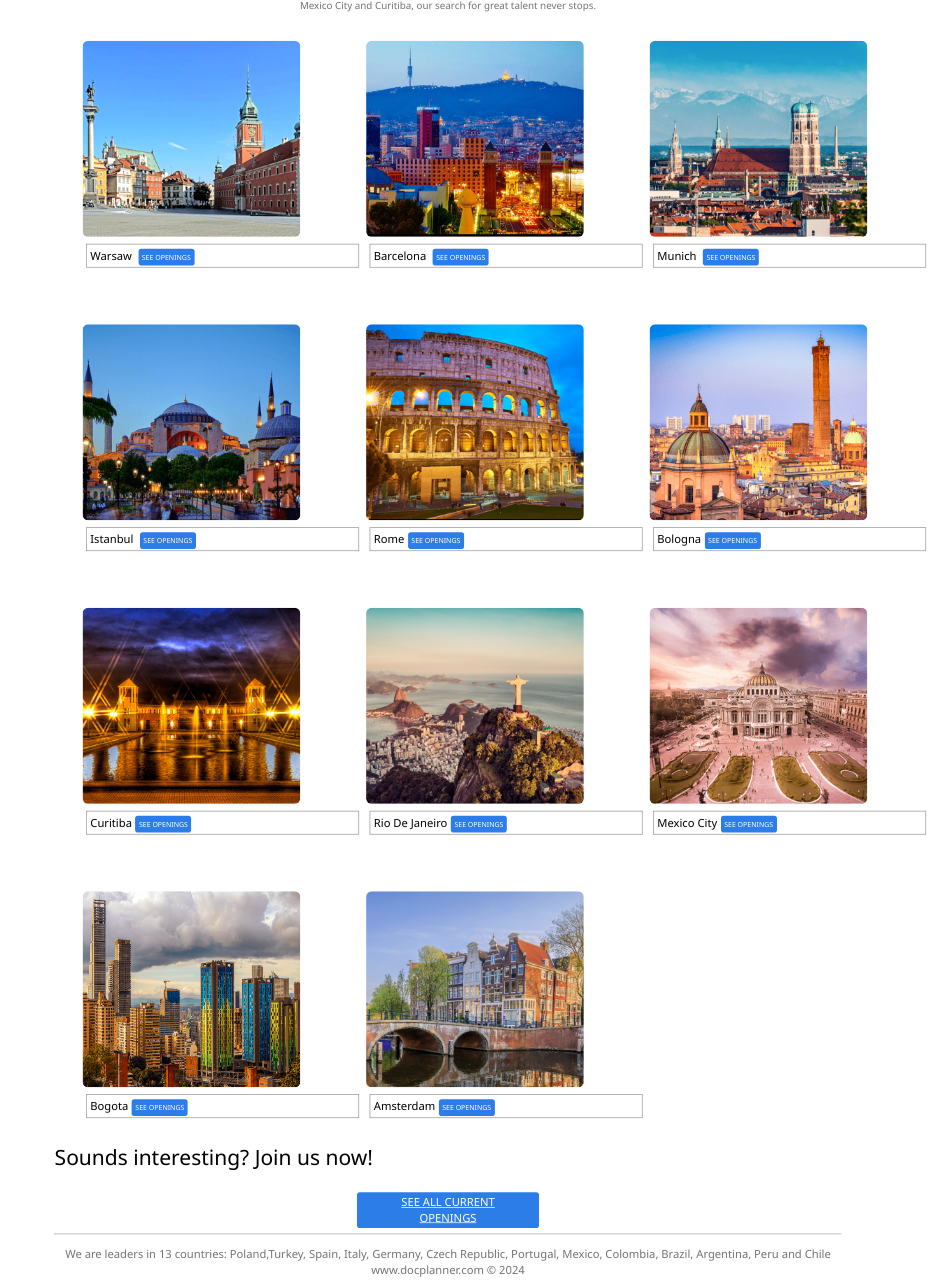
Repository: awa-creator/Checkpoint4
Page: doc.html
An editor plug-in stored every save of this project. The page is shown before and after the next save, followed by the edit.
The browser window is 1280 px wide. The page is 1328 px wide, so the pictures cover 1328 px, including what lies to the right of the window. The pictures show the part of the page from y = 1756 to 3596 px (the page is 3596 px tall before and 3586 px after), at 70% of full size.

Above is the page before, as saved 2024-09-24 23:39:14.

### doc.html
<!DOCTYPE html>
<html lang="en">
<head>
    <meta charset="UTF-8">
    <meta name="viewport" content="width=device-width, initial-scale=1.0">
    <title>Document</title>
    <link rel="stylesheet" href="style1.css">

</head>

<body>
        <header class="Doc_header" >
           <img class="doc_logo" src="image/imagdocplanner/logo-default-group-en.svg" alt="logo" width="238px" height="33px">
            <ul class="nav_menu">
            <li><h4 class="H">A About us</h4></li>
        <li><h4 class="H"> Career</h4></li>
        <li><h4 class="H">Departments</h4></li>
    </ul>
</header>
    <section class="Introduction">
        <div >
            <center><img class="idps" src="image/imagdocplanner/sygnet.png" alt=""></center>
        </div>
               <h1 class="tittle_intro" >Making the healthcare experience more human</h1>
        <div class="intro_text">
        <div class="div1"><p>We want patients to find the perfect doctor and book an appointment in the most easy way. The patient journey should be enjoyable, and that's why we are always next to them: to help them find the best possible care. Anytime, anywhere.</p>
        </div>
            <div class="div2"><p> We also help doctors to better manage their practice and build their  online reputation. With our integrated end-to-end solution, doctors  are able not only to improve their online presence, but also to  devote their time to what really matters: their patients.</p>
            </div>
            </div>
        </section>
        <section class="box">
            <div class="boxp">
                <img src="image/imagdocplanner/icon-patients.svg" alt="">
                <h2 class="text">For patients</h2> <p class="boxtext">Find a doctor, book a <br> visit and solve any <br> health-related doubt</p>
             <div class="">
   <select  class="choose_c" name="selectp" id="">
    <option value="">Choose a country</option>
    <option value="">Tunisia</option>
    <option value="">Morocco</option>
    <option value="">Senegal</option>
    <option value="">England</option>
    <option value="">Sweden</option>
    <option value="">France</option>
    <option value="">Saudi Arabia</option>
    <option value="">Japan</option>
   </select>
             </div>
            </div>
            <div class="boxd">
                <img src="image/imagdocplanner/icon-doctors.svg" alt=""> <h2 class="text">For doctors</h2> <p class="boxtext">Save time managing <br>visits and cut no- <br>shows by half</p>
            <div class="selectd">
                <select class="choose_c" name="" id="">
                    <option class="choose_c" value="">Choose a country</option>
                    <option value="">Argentina</option>
                    <option value="">Brazil</option>
                    <option value="">Chili</option>
                    <option value="">Colombia</option>
                    <option value="">Czech</option>
                    <option value="">Germany</option>
                    <option value="">Italy</option>
                    <option value="">Mexico</option>
                    <option value="">Peru</option>
                    <option value="">Poland</option>
                    <option value="">Spain</option>
                    <option value="">Turkey</option>
                   </select>
            </div>
            </div>
            <div class="boxc">
                <img src="image/imagdocplanner/icon-clinics.svg" alt=""> <h2 class="text">For clinics</h2> <p class="boxtext">Deliver an exceptional <br> patient experience in <br> your clinic</p>
            <select class="choose_c"name="" id="">
                <option value="">2 to 20 specialists</option>
                    <option value="">Brazil</option>
                    <option value="">Czech</option>
                    <option value="">Germany</option>
                    <option value="">Italy</option>
                    <option value="">Mexico</option>
                    <option value="">Poland</option>
                    <option value="">Spain</option>
                    <option value="">Turkey</option>
            </select> <br><br>
            <select  class="choose_c"name="" id="">
                <option  value="" >More than 20 specialists</option>
                <option value="">Brazil</option>
                <option value="">Italy</option>
                <option value="">Mexico</option>
                <option value="">Poland</option>
                <option value="">Spain</option>
            </select>
            </div>
        </section>
        <section  on class="brand_section">
            <p class="brand_intro"> We are a global <br> company <br> with local culture </p>
            <ul class="brand_logo">
            <a href=""><img class="im" src="image/imagdocplanner/sygnet.png" alt="">Znanylekarz</a>
            <a href=""><img class="im" src="image/imagdocplanner/sygnet.png" alt="">Doctoralia</a>
            <a href=""><img class="im" src="image/imagdocplanner/sygnet.png" alt="">Miodottore</a>
            <a href=""><img class="im" src="image/imagdocplanner/sygnet.png" alt="">Doktortakvimi</a>
            <a href=""><img class="im" src="image/imagdocplanner/sygnet.png" alt="">Znamylekar</a>
            <a class="bl" href="https://www.jameda.de/"><img class="jameda" src="image/imagdocplanner/logo-jameda.svg" alt=""></a>
            <a href="https://tuotempo.com/powered-by-tuotempo"><img class="tuotempo" src="image/imagdocplanner/logo-tuotempo.svg" alt="" width="140px" height="30px"></a>
            <a href="https://gipo.it/?redirect_origin=www.gipo.it"><img class="gipo" src="image/imagdocplanner/logo-gipo-primary.svg" alt=""></a>
            <a href="href=https://clinic-cloud.com/"><img class="clinic" src="image/imagdocplanner/logo-clinicloud.svg" alt="" > </a>
            <a  href="href=https://feegowclinic.com.br/"><img class="feegowclinic"  src="image/imagdocplanner/logo-feegow.svg" alt=""></a>
            <a  href="href=https://mydr.pl/welcome/"><img class="mydr" src="image/imagdocplanner/my-dr-edm-logo.svg" alt="" ></a>
        </ul>
    </section>
        <section class="platform">
            <div class="plat">
            <h1 class="iplat"> The world's biggest <br>healthcare platform</h1>
<p class="p_plat">We work from 9 offices all over the world, bringing Docplanner Group <br>to life in 13 countries. <br></p></div>
  <img class="logsynget" src="image/imagdocplanner/logo.png" alt="" >
<center><div class="grid">
                        <div class="column1a">
                   <img class="ilog" src="image/imagdocplanner/flag.png" alt="">  <h4 class="tittlegrid">Leader in 13 <br>countries </h4> <p class="textgrid">Poland, Brazil, Mexico, Spain, Italy, Germany, Turkey, Colombia, Czech Republic, Portugal, Argentina, Peru and Chile</p>
                        </div>
                        <div class="column1b">
                            <img class="ilog"  src="image/imagdocplanner/patients.png" alt=""><h4 class="tittlegrid">90,000,000 <br>patients</h4><p class="textgrid">visit our websites each month</p>
                                </div>
                        <div class="column2a">
                            <img class="ilog"  src="image/imagdocplanner/visits.png" alt=""> <h4 class="tittlegrid">22,000,000 <br>appointments</h4><p class="textgrid">booked last month</p>
                                </div>

                <div class="column2b">
                    <img class="ilog"  src="image/imagdocplanner/doctors.png" alt=""><h4 class="tittlegrid">260,000 <br>active doctors</h4> <p class="textgrid">trust our solutions</p>
                        </div>   </center>
                    </div>
                </section>
        <section class="contries">
            <center><h1 class="h1_contrie">Improve the lives of millions. <br>Change yours forever.</h1></center>
            <center><p class="p_contrie"> More than 2800 team mates share our same vision,<br> goals and passion.With offices in Warsaw, Barcelona, Munich, Istanbul, Rome, Rio, Bologna,<br> Mexico City and Curitiba, our search for great talent never stops. </p></center>
        </section>
       <section>
            <ul class="picture" >
     <li class="country1">
        <img class="coun" src="image/imagdocplanner/warsaw.png" alt=""><div class="count">Warsaw <a href="#">SEE OPENINGS</a></div></li>
<li class="country2">
<img class="coun"  src="image/imagdocplanner/barcelona.png" alt=""><div class="count">Barcelona <a href="#" target="_blank" rel="noopener noreferrer">SEE OPENINGS</a></div>
</li>
<li class="country3">
<img class="coun" src="image/imagdocplanner/munich.png" alt=""><div class="count">Munich <a href="#" target="_blank" rel="noopener noreferrer">SEE OPENINGS</a></div>
</li>
<li class="country3">
<img class="coun" src="image/imagdocplanner/istanbul.png" alt=""> <div class="count">Istanbul <a href="#" target="_blank" rel="noopener noreferrer">SEE OPENINGS</a></div>
</li>
<li class="country4">
<img class="coun" src="image/imagdocplanner/rome.png" alt=""><div class="count">Rome<a href="#" target="_blank" rel="noopener noreferrer">SEE OPENINGS</a></div>
</li>
<li class="country5">
<img class="coun" src="image/imagdocplanner/bologna.png" alt=""><div class="count">Bologna<a href="#" target="_blank" rel="noopener noreferrer">SEE OPENINGS</a></div>
</li>
<li class="country6">
    <img class="coun" src="image/imagdocplanner/curitiba.png" alt=""><div class="count">Curitiba<a href="#" target="_blank" rel="noopener noreferrer">SEE OPENINGS</a></div>
    </li>
    <li class="country7">
        <img class="coun" src="image/imagdocplanner/rio-janeiro.png" alt=""><div class="count">Rio De Janeiro<a href="#" target="_blank" rel="noopener noreferrer">SEE OPENINGS</a></div>
        </li>
        <li class="country8">
            <img class="coun" src="image/imagdocplanner/mexico-city.png" alt=""><div class="count">Mexico City<a href="#" target="_blank" rel="noopener noreferrer">SEE OPENINGS</a></div>
            </li>
            <li class="country9">
                <img class="coun" src="image/imagdocplanner/bogota.png" alt="" ><div class="count">Bogota<a href="#" target="_blank" rel="noopener noreferrer">SEE OPENINGS</a></div>
                </li>
                <li class="country10">
                    <img class="coun" src="image/imagdocplanner/amsterdam.png" alt=""><div class="count">Amsterdam<a href="#" target="_blank" rel="noopener noreferrer">SEE OPENINGS</a></div>
                    </li>
                </ul>
            </section>
<section>
    <p class="conclu"> Sounds interesting? Join us now!</p>
   <center><div class="finish">SEE ALL CURRENT OPENINGS</div></center>
</section>



</body>
<footer> <hr>
    <p class="end">We are leaders in 13 countries: Poland,Turkey, Spain, Italy, Germany, Czech Republic, Portugal, Mexico, Colombia, Brazil, Argentina, Peru and Chile
    <br>www.docplanner.com © 2024 </p>

</footer>
</html>

### style1.css
body{
    font-family: 'Segoe UI', Tahoma, Geneva, Verdana, sans-serif;
    padding-left: 70px;
    padding-right: 70px;

    }
.Doc_header{
    display: inline;
    padding: 10px;
    margin: 10px;
    display: flex;
    justify-content: space-between;
    align-content: space-between;
    position: sticky;
}
.doc_logo{
    display: flex;
    justify-content: center;
}
.nav_menu{
    display: flex;
    justify-content: space-between;
    margin:0px;
    padding: 0px;
    list-style-type: none;
    color: #747474;
}
.div1,.div2{
    float: left;
    padding: 10px;
}
.H{
    margin: 10px;
}
.idps{
    display: flex;
    align-self: center;
}

.log{
    text-align: center;
}

.tittle_intro{
text-align: center;
color:#00b39b;
font-size:2em;
font-family:Arial, Helvetica, sans-serif;
font-weight: normal;
}
.intro_text{
    display: flex;
    justify-content: space-around;
    color:#747474;
    font-family: system-ui, -apple-system, BlinkMacSystemFont, 'Segoe UI', Roboto, Oxygen, Ubuntu, Cantarell, 'Open Sans', 'Helvetica Neue', sans-serif;
    font-size: 16px;
    margin:20px;
}
.box{
    display: flex;
    margin: 30px;
    width: 80%;
    flex-direction: row;
    margin-left: 10%;

}

.boxp{
    background-color:#00ccb1;
   padding: 10px;
   border-radius: 10px;
   color: white;
   margin: 10px;
   height: 300px;
   flex-basis: 48%;
   width: 20%;
}
.boxd{
    background-color:#3d83df ;
   padding: 10px;
   border-radius: 10px;
   color: white;
   margin: 10px;
   height: 300px;
   flex-basis: 48%;
   width:20%;
}
.boxc {
    background-color:#1b2734;
    padding: 10px;
    border-radius: 10px;
    color: white;
    margin: 10px;
    height: 300px;
    flex-basis: 48%;
    width:20%;
}
.text{
    font-family: Arial, Helvetica, sans-serif;
    font-weight: normal;
    font-size: 28px;
}
.boxtext{
    font-weight: normal;
    font-size: 24px;
}
.selectp{
    background-color: none;
}
.choose_c{
    background-color: transparent;
    color: #FFF;
    border: transparent;
    text-decoration: underline;
    font-size: 15px;
}
.brand_intro{

    color: #00b39b;
    font-size: 24px;
margin-left: 200px;

}
.brand_section{
    display: flex;
    justify-content: space-between;
    padding: 20px;
    margin: -40px;
}
.brand_logo {
    display: grid;
    grid-template-columns: repeat(4,110px);
    grid-template-rows: repeat(3,70px);
    margin-right: 160px;
    font-weight: 600;
    filter:grayscale(100%);
}
a{
    text-decoration: none;
}
.im{
   display: grid;
    height: 25px;
    width:25px;
    filter:grayscale(100%);
   grid-template-columns: repeat(4, 1fr);
    grid-template-rows: repeat(3, 1fr);
    margin-left: -25px;
    margin-bottom: -25px;
}
.jameda{

    filter:grayscale(100%);
    margin-bottom: -5px;

}
.tuotempo{
    width: 100px;
    filter:grayscale(100%);
    margin-top: -5px;
}
.gipo{
    width: 40px;
    filter:grayscale(100%);
    margin-top: -10px;
    margin-left: 20px;
}
.clinic{
    width: 60px;
    filter:grayscale(100%);
    margin-top: -10px;
}
.feegowclinic{
    width: 90px;
    filter:grayscale(100%);
    margin-top: -10px;
}
.mydr{
    width: 100px;
    filter:grayscale(100%);
    margin-top: -10px;
}


.platform{
    background-color: #e5faf8;
    max-height: 600px;
    overflow: hidden;
}
.plat{
    color:#34b99d;

}
.logosy{
    padding-left: 50px;
    padding-top: 50px;
}
.logsynget{
    padding-left: 50px;
    padding-top: 50px;
    overflow: hidden;
}
.iplat{
    font-weight: normal;
    font-size: 34px;
    margin-left: 70px;
    margin-bottom: -40px;

}
.p_plat{
    color: #747474;
    margin-left: 70px;
    padding-bottom: 60px
}
.grid{
    display: grid;
    gap: 20px;
    grid-template-columns: repeat(2, 1fr);
    position: relative;
    border-radius: 10px;
    margin-left: 600px;
    margin-top:-600px;
    width: 40%;
    height: 80%;
    padding: 40px;
}
.tittlegrid{
    font-weight: normal;
    color: #00b39b;
}
.column1a{
    background-color:#FFF;
    border-radius: 5px;
    height: auto;
}
.column1b{
    background-color:#FFF;
    border-radius: 5px;
    height: auto;
    transform: translateY(-30px);
}
.ilog{
    margin-top: 30px;
}
.column2a{
    background-color:#FFF;
    border-radius: 5px;
  height: auto;

}
.column2b{
    background-color:#FFF;
    border-radius: 5px;
  height: auto;
  transform: translateY(-30px);
}

.textgrid{
    color: #747474;
    font-family: system-ui, -apple-system, BlinkMacSystemFont, 'Segoe UI', Roboto, Oxygen, Ubuntu, Cantarell, 'Open Sans', 'Helvetica Neue', sans-serif;
 font-size: 13px;
}
.h1_contrie{
    color: #00b39b;
    font-weight: normal;
    padding: 5px;
 font-size: 30px;
}
.p_contrie{
    color: #747474;
    margin: 22px;
    font-size: 14px;
    padding: 20px;
}
.contries{
    justify-content: center;
}
.picture{
    display: grid;
    grid-template-columns: repeat(3, 400px);
    grid-template-rows: repeat(3, 400px);
    list-style-type: none;
    grid-gap: 5px;
    margin: auto;
}
.coun{
    border-radius: 8px;
    width: 311px;
    height:280px;
}
.count a{
    width: 70px;
    height: 10px;
    left: 200px;
    top: -50px;
    background-color: #2c7de7;
    color: white;
    font-size: .625rem;
    padding: 1em 1.5em;
    border-radius: 4px;
    bottom: 10px;

}
.count{
    border: 1px solid rgb(151, 148, 148);
}
.count,.count a{
    margin: 5px;
    padding: 5px;

}
.conclu{
font-size: 30px ;
}
.finish{
   text-decoration: underline;
    width: 210px;
    height: 1px;
    background-color: #2c7de7;
    color: white;
    padding: 25px;
    border-radius: 4px;
    display: flex;
    align-items: center;
}
.end{
    color: #747474;
    text-align: center;
}

After the next save:
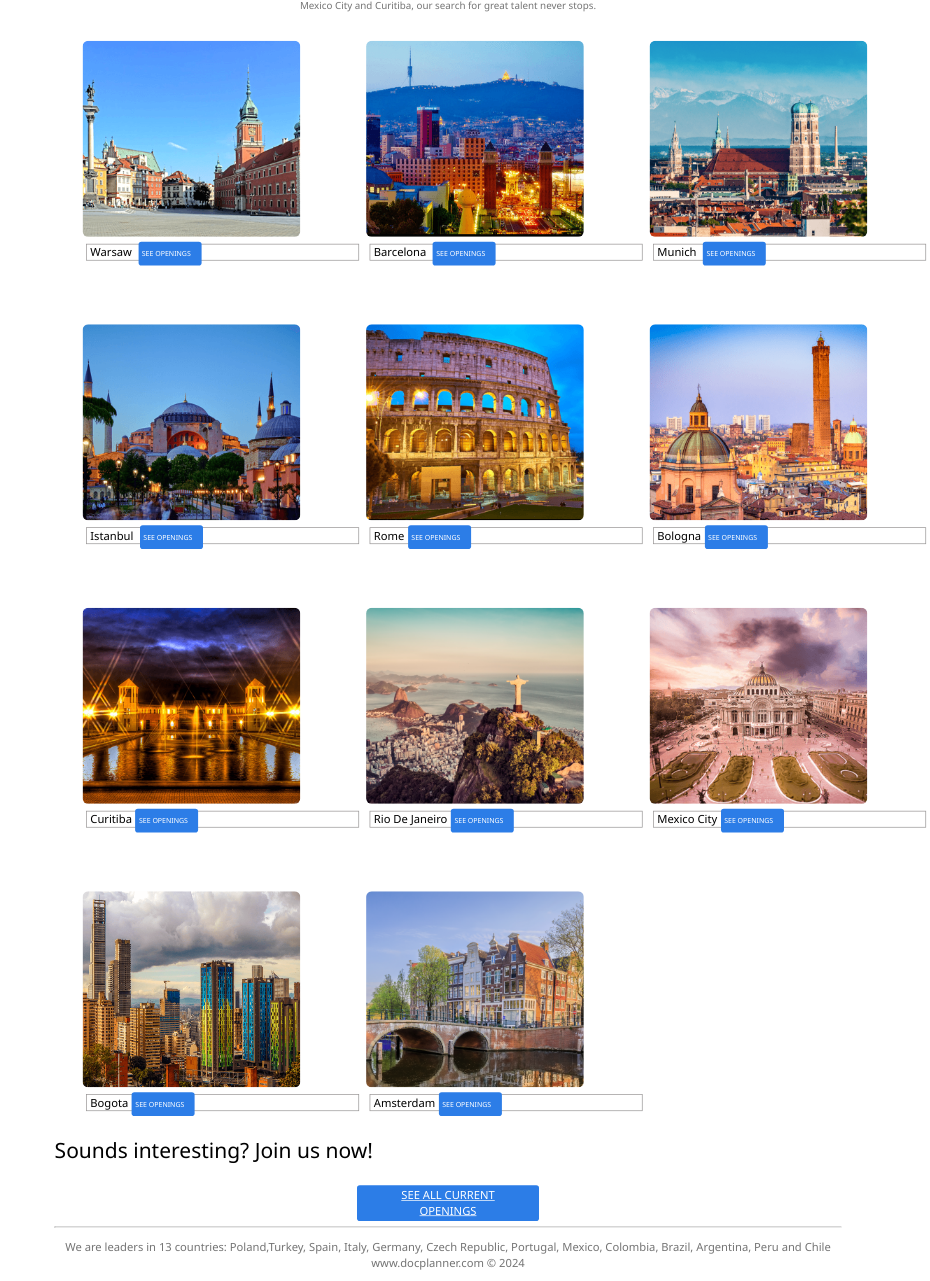
Saved 67 s later.
--- a/style1.css
+++ b/style1.css
@@ -306,7 +306,7 @@
 }
 .count,.count a{
     margin: 5px;
-    padding: 5px;
+    padding-left: 5px;
 
 }
 .conclu{
